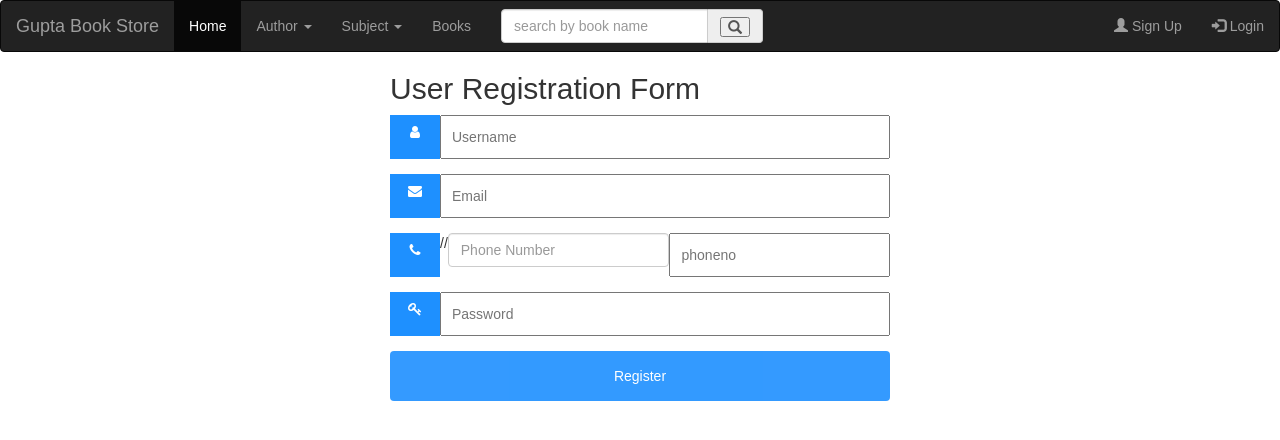
Repository: GuptaBook/NewGuptaBookStore
Page: http://localhost/NewGuptaBookStore/views/customer/CustRegis.jsp
These files come from the project's save history. The page is drawn as it stood at one moment and after the next save; the edit follows.
The browser window is 1280 px wide. The pictures show the whole page.
The page is served by Tomcat 9. Other server files are loaded and not shown.

Above is the page before, as saved 2018-10-24 13:02:00.

### NewGuptaBookStore/WebContent/views/customer/CustRegis.jsp
<%@ page language="java" contentType="text/html; charset=ISO-8859-1"
    pageEncoding="ISO-8859-1"%>
<!DOCTYPE html>
<html>
<head>
<%@ taglib prefix = "c" uri = "http://java.sun.com/jsp/jstl/core" %>
<meta charset="ISO-8859-1">
<meta charset="utf-8">
  <meta name="viewport" content=
  "width=device-width, initial-scale=1">
  <link rel="stylesheet" href="https://maxcdn.bootstrapcdn.com/bootstrap/3.3.7/css/bootstrap.min.css">
  <script src="https://ajax.googleapis.com/ajax/libs/jquery/3.3.1/jquery.min.js"></script>
  <script src="https://maxcdn.bootstrapcdn.com/bootstrap/3.3.7/js/bootstrap.min.js"></script>
<meta http-equiv="Content-Type" content="text/html; charset=ISO-8859-1">
<meta name="viewport" content="width=device-width, initial-scale=1">
<!-- Add icon library -->
<link rel="stylesheet" href="https://cdnjs.cloudflare.com/ajax/libs/font-awesome/4.7.0/css/font-awesome.min.css">
</head>
<%@ include file="../header.jsp" %>
<style>
body {font-family: Arial, Helvetica, sans-serif;}
* {box-sizing: border-box;}
.input-container {
    display: -ms-flexbox; /* IE10 */
    display: flex;
    width: 100%;
    margin-bottom: 15px;
}

.icon {
    padding: 10px;
    background: dodgerblue;
    color: white;
    min-width: 50px;
    text-align: center;
}

.input-field {
    width: 100%;
    padding: 10px;
    outline: none;
}

.input-field:focus {
    border: 2px solid dodgerblue;
}

/* Set a style for the submit button */
.btn {
    background-color: dodgerblue;
    color: white;
    padding: 15px 20px;
    border: none;
    cursor: pointer;
    width: 100%;
    opacity: 0.9;
}

.btn:hover {
    opacity: 1;
}
</style>
</head>
<body>
<h3 align="center" style="color:red">${error}</h3>
<c:url value="/CustomerRegistration" var="url"/>
<form action="${url}" style="max-width:500px;margin:auto" method="post">
  <h2> User Registration Form</h2>
  <div class="input-container">
    <i class="fa fa-user icon"></i>
    <input class="input-field" type="text" placeholder="Username" name="uname" required>
  </div>

  <div class="input-container">
    <i class="fa fa-envelope icon"></i>
    <input class="input-field" type="email"  placeholder="Email" name="email" required>
  </div>

  <div class="input-container">
    <i class="fa fa-phone icon"></i>
        //<input type="text" name="phoneno" data-validation="number" data-validation-allowing="negative,number" input name="color" data-validation="number" datavalidation-ignore="$" required="required" class="form-control" id="phoneno" placeholder="Phone Number">

    <input class="input-field" type="text"   pattern=".{10}" title="Enter Valid Mob No"  placeholder="phoneno" name="phoneno" required>
  </div>
  <div class="input-container">
    <i class="fa fa-key icon"></i>
    <input class="input-field" type="password" placeholder="Password" name="password" required>
  </div>

  <button type="submit" class="btn">Register</button>
</form>
</body>
</html>

### NewGuptaBookStore/WebContent/views/header.jsp
<%@page import="com.thirdware.guptabookstore.models.Subject"%>
<%@ page language="java" contentType="text/html; charset=ISO-8859-1"
    pageEncoding="ISO-8859-1"%>
<!-- <<<<<<< HEAD -->
    <%@ taglib prefix="c" uri="http://java.sun.com/jsp/jstl/core"%>
<!-- =======
>>>>>>> c517d0cbb4490a2fd7979affcd25d0cce5676a49 -->
<!DOCTYPE html PUBLIC "-//W3C//DTD HTML 4.01 Transitional//EN" "http://www.w3.org/TR/html4/loose.dtd">
<html>
<head>
<meta http-equiv="Content-Type" content="text/html; charset=ISO-8859-1">

  <link rel="stylesheet" href="https://maxcdn.bootstrapcdn.com/bootstrap/3.3.7/css/bootstrap.min.css">
  <script src="https://ajax.googleapis.com/ajax/libs/jquery/3.3.1/jquery.min.js"></script>
  <script src="https://maxcdn.bootstrapcdn.com/bootstrap/3.3.7/js/bootstrap.min.js"></script>
</head>
<body>
<c:if test="${sessionScope.email!=null }"><h3 align="center">Hi ${sessionScope.username}</h3></c:if>
<nav class="navbar navbar-inverse">
  <div class="container-fluid">
    <div class="navbar-header">
      <a class="navbar-brand" href="#">Gupta Book Store</a>
    </div>
    <ul class="nav navbar-nav">
      <li class="active"><a href="<c:url value='/views/home.jsp'/>">Home</a></li>
      <li class="dropdown"><a class="dropdown-toggle" data-toggle="dropdown" href="#">Author <span class="caret"></span></a>
        <ul class="dropdown-menu">
        <c:forEach items="${sessionScope.listAuthor}" var="auth">
          <li><a href="<c:url value='FetchBookByAuthor?id=${auth.authid}'/>" >${auth.authname}</a></li>
        </c:forEach>
        </ul>
      </li>
      <li class="dropdown"><a class="dropdown-toggle" data-toggle="dropdown" href="#">Subject <span class="caret"></span></a>
        <ul class="dropdown-menu">
        <c:forEach items="${sessionScope.listSubject}" var="sub">
          <li><a href="<c:url value='/FetchBookBySubject?id=${sub.subid}'/>" >${sub.subname}</a></li>
        </c:forEach>
        </ul>
      </li><c:url value="FetchAllBookServlet" var="url"/>
      <li><a href="${url}">Books</a></li>
      <c:if test="${sessionScope.email!=null }">
    <c:if test="${sessionScope.rolename=='ROLE_EMPLOYEE' }">
    <li><a href="<c:url value='/FetchSubAuth'/>">Book Modification</a></li>
    <li><a href="<c:url value='/FetchInsertServlet'/>">Author Modification</a></li>
    <li><a href="<c:url value='/FetchInsertSubjectServlet'/>">Subject Modification</a></li>
    </c:if>
    </c:if>
      <c:if test="${sessionScope.email!=null }">
    <c:if test="${sessionScope.rolename=='ROLE_ADMIN' }">
    <li><a href="<c:url value='/Fetch'/>">Book Approval or Reject</a></li>
    <li><a href="<c:url value='/views/emp/EmpRegis.jsp'/>">Employee Registratoin</a></li>
    </c:if>
    </c:if>
      <c:url value="/FetchBookBySearchServlet" var="url"/><li>
      <form class="navbar-form" action="${url }">
        <div class="form-group" style="display:inline;">
          <div class="input-group">
            <input type="text" class="form-control" name="name" placeholder="search by book name">
            <span class="input-group-addon"><button class="glyphicon glyphicon-search"></button></span>
          </div>
        </div>
      </form>      </li>
    </ul>
    <ul class="nav navbar-nav navbar-right">
    <c:if test="${sessionScope.email!=null }">
    <c:if test="${sessionScope.rolename=='ROLE_USER' }">
    <li><a href="<c:url value='/FetchCartServlet'/>"><span class="glyphicon glyphicon-shopping-cart"></span></a></li></c:if>
    <li><a href="<c:url value='/views/logout.jsp'/>"><span class="glyphicon glyphicon-log-out"></span> Logout</a></li>
    </c:if>
    <c:if test="${sessionScope.email==null }">
      <li><a href="<c:url value='/views/customer/CustRegis.jsp'/>"><span class="glyphicon glyphicon-user"></span> Sign Up</a></li>
      <li><a href="<c:url value='/views/emp/LoginPage.jsp'/>"><span class="glyphicon glyphicon-log-in"></span> Login</a></li>
      </c:if>
    </ul>
  </div>
</nav>
<!-- ======= -->

</head>
<body>
<!-- >>>>>>> c517d0cbb4490a2fd7979affcd25d0cce5676a49 -->

</body>
</html>

After the next save:
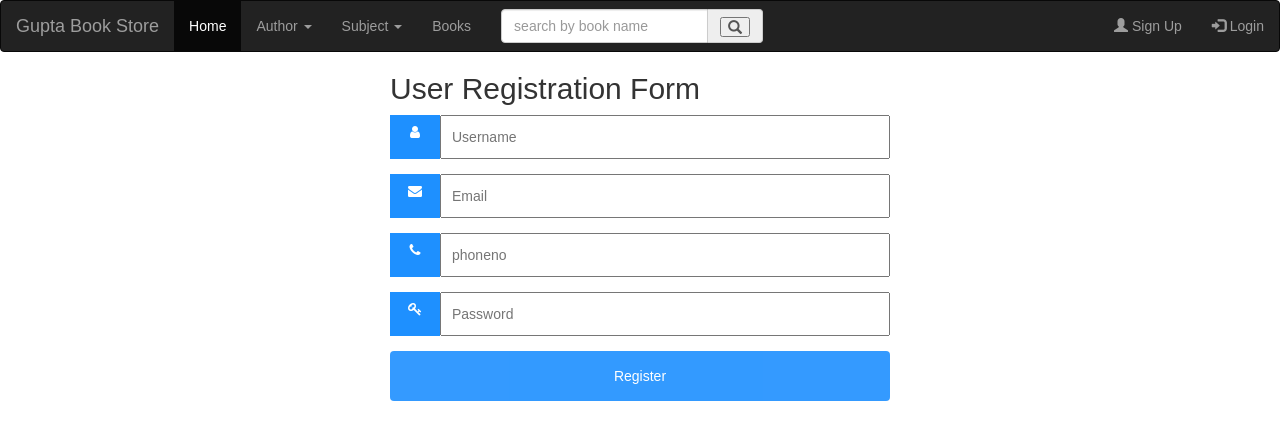
Saved 31 s later.
--- a/NewGuptaBookStore/WebContent/views/customer/CustRegis.jsp
+++ b/NewGuptaBookStore/WebContent/views/customer/CustRegis.jsp
@@ -78,8 +78,6 @@ body {font-family: Arial, Helvetica, sans-serif;}
 
   <div class="input-container">
     <i class="fa fa-phone icon"></i>
-        //<input type="text" name="phoneno" data-validation="number" data-validation-allowing="negative,number" input name="color" data-validation="number" datavalidation-ignore="$" required="required" class="form-control" id="phoneno" placeholder="Phone Number">
-
     <input class="input-field" type="text"   pattern=".{10}" title="Enter Valid Mob No"  placeholder="phoneno" name="phoneno" required>
   </div>
   <div class="input-container">
